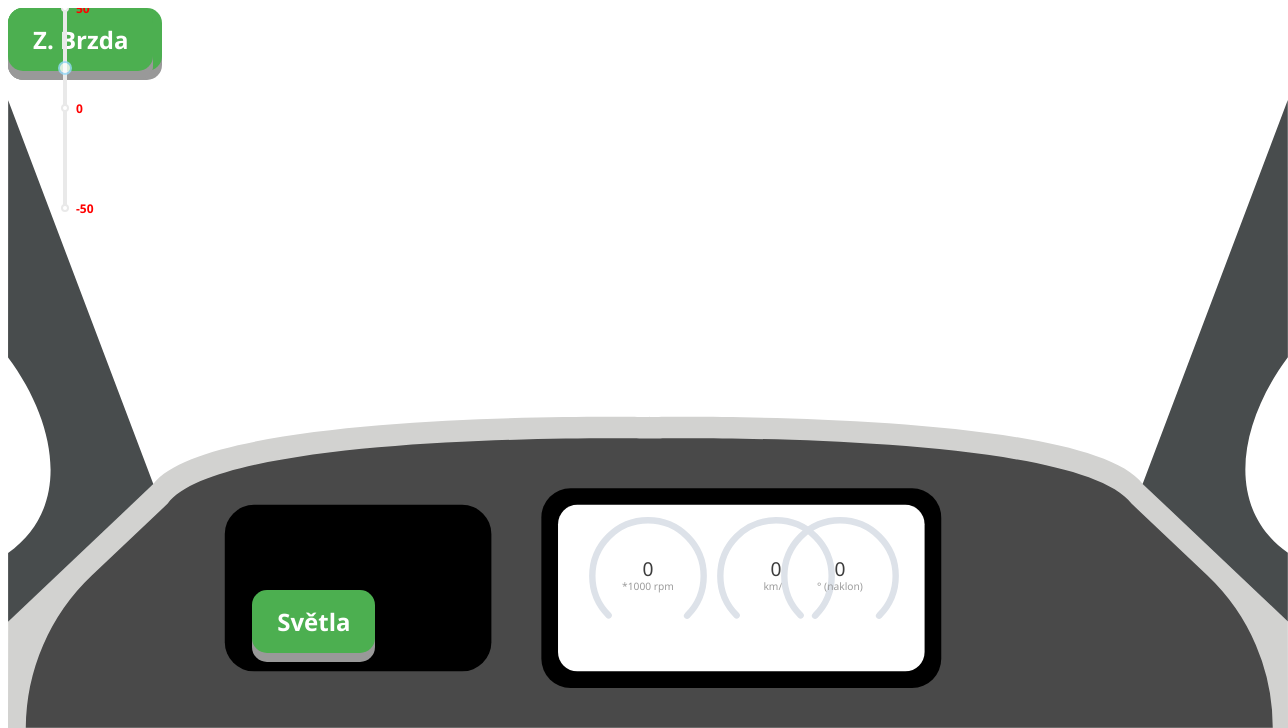
Repository: matyasvelc/train
Page: / (app in frontend/)
An editor plug-in stored every save of this project. The page is shown before and after the next save, followed by the edit.
The browser window is 1280 px wide. The page is 1288 px wide, then 1280 px, then 1288 px, so the pictures cover 1288 px, including what lies to the right of the window. The pictures show the whole page.
The page's requests for data from a server got no answer. The project was rebuilt for these pictures with package versions that can differ from the ones it lists, and the page was loaded fresh each time. No one was signed in, and anything a server would have sent is missing.

Above is the page before, as saved 2022-04-04 17:52:58.

After the next save:
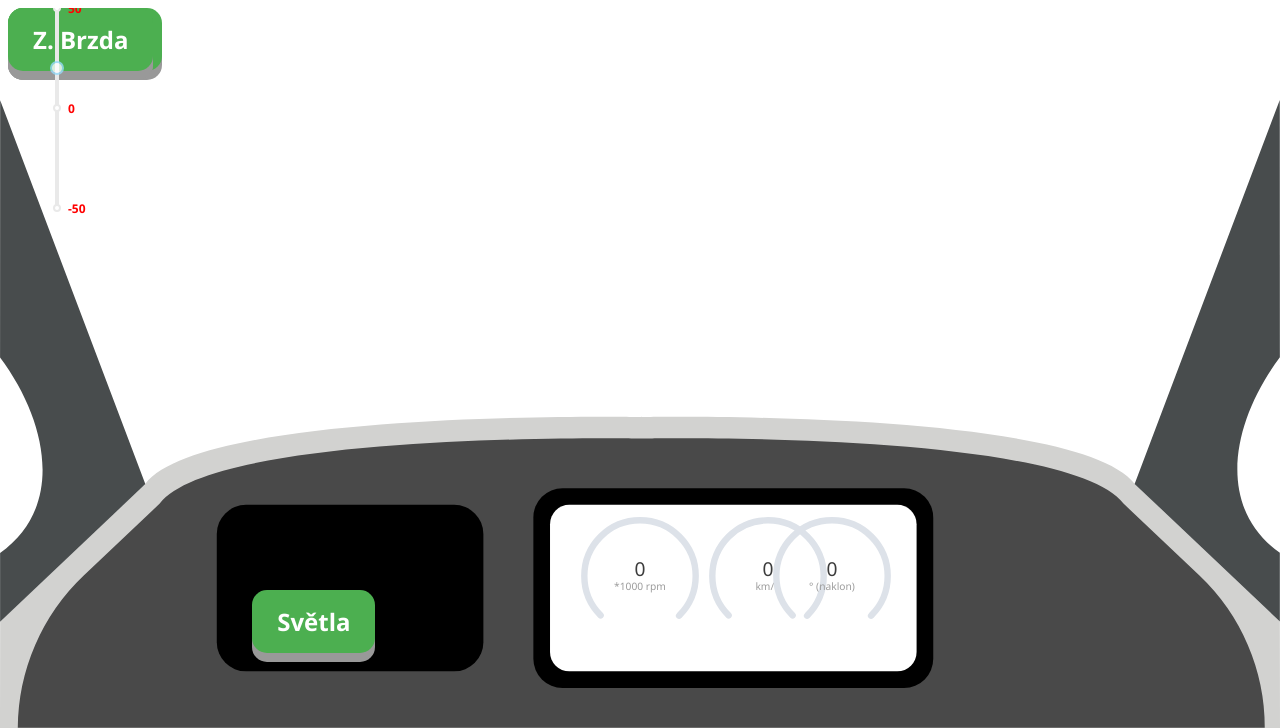
Saved 12 s later.
--- a/frontend/src/styles.css
+++ b/frontend/src/styles.css
@@ -14,6 +14,8 @@
   width: 100%;
   height: 100%;
   position: absolute;
+  left: 0;
+  display: inline-block;
 }
 .vlak {
   background-image:url(./train.svg);

After the 4 saves that followed:
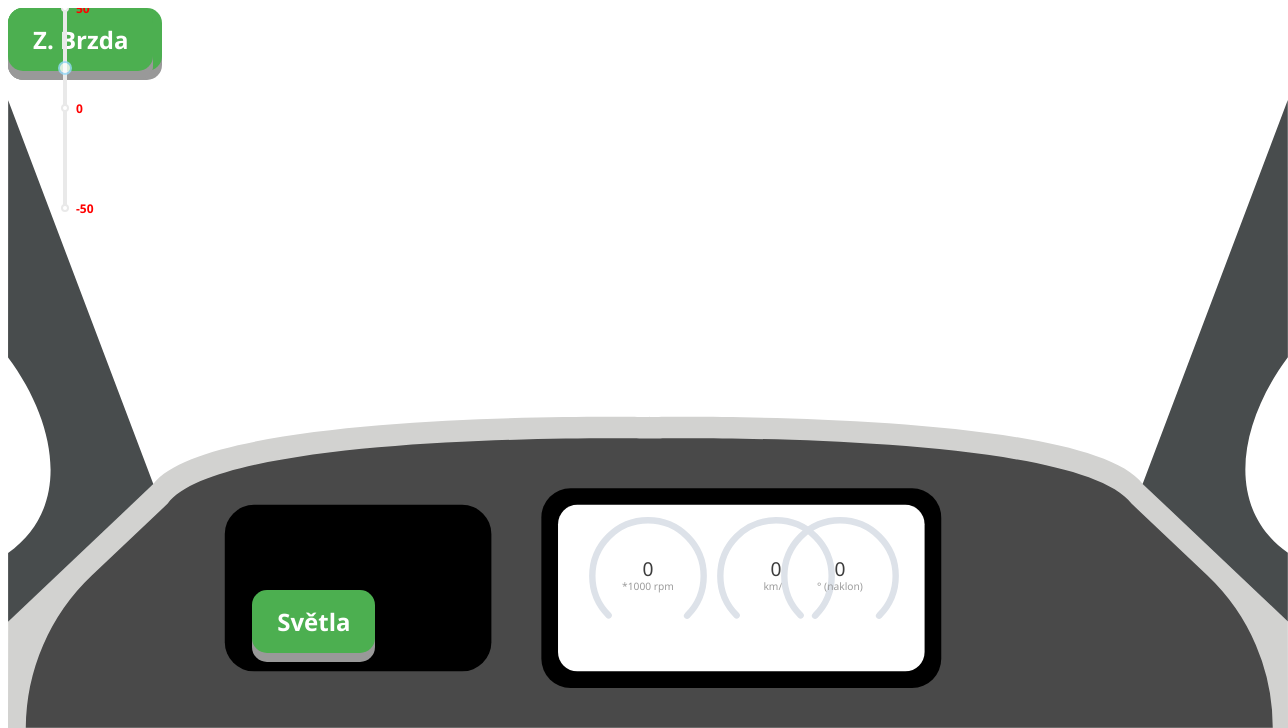
The 4 saves are shown as one change because 3 left the picture as it was.
The last was saved 31 s later.
--- a/frontend/src/styles.css
+++ b/frontend/src/styles.css
@@ -5,7 +5,6 @@
   user-select: none;
   overflow: hidden;
   padding: 0;
-  left: 0;
   width: 100%;
   height: 100%;
 }
@@ -14,7 +13,6 @@
   width: 100%;
   height: 100%;
   position: absolute;
-  left: 0;
   display: inline-block;
 }
 .vlak {
